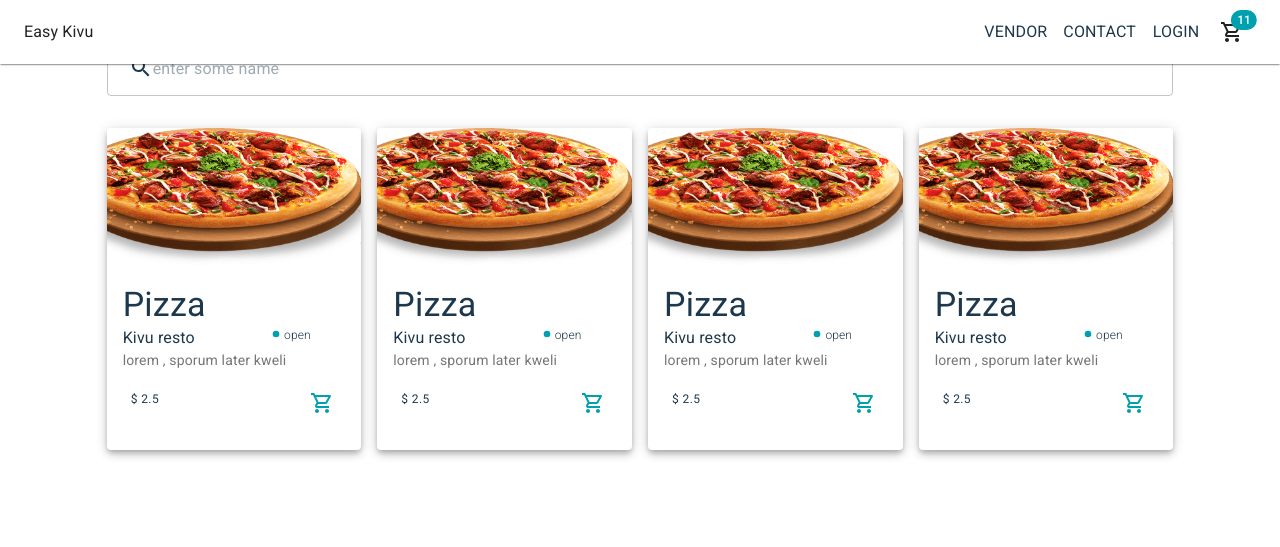
Repository: kilamaelie/jokes-dapp
Page: /
An editor plug-in stored every save of this project. The page is shown before and after the next save, followed by the edit.
The browser window is 1280 px wide. The pictures show the whole page.
The project was rebuilt for these pictures with package versions that can differ from the ones it lists, and the page was loaded fresh each time. Also part of the build but not shown: src/ui/page/dashboard/dashboard.js.

Above is the page before, as saved 2021-06-28 03:09:04.

After the next save:
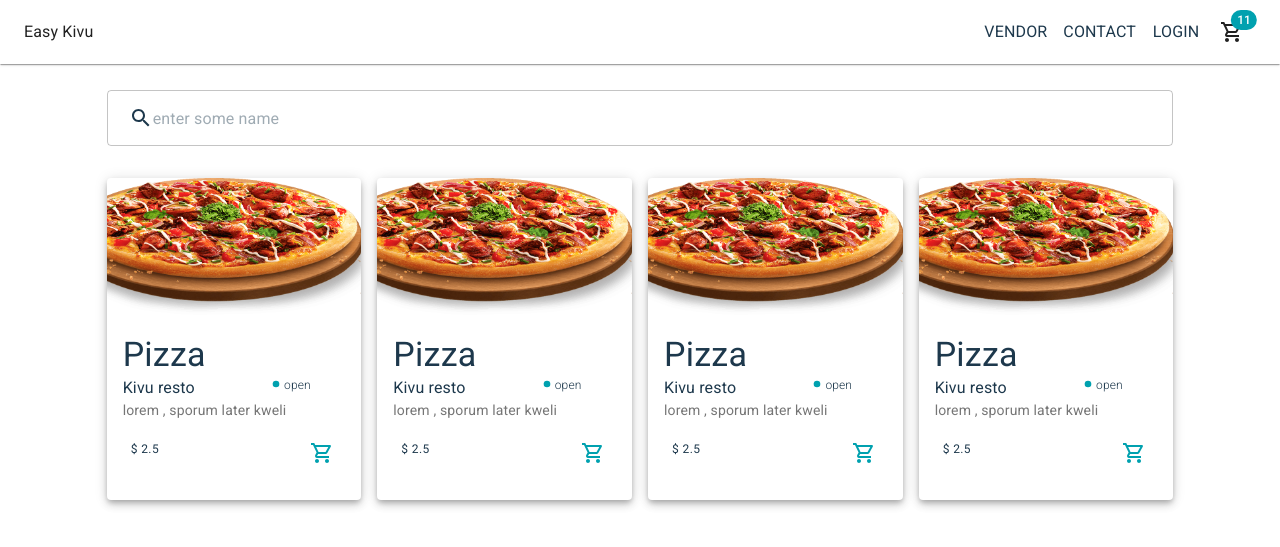
Saved 33 s later.
--- a/src/ui/style.js
+++ b/src/ui/style.js
@@ -56,7 +56,7 @@ export default makeStyles((theme)=>({
       borderRadius:"10px"
     },
     margin_40:{
-      marginTop: 40,
+      marginTop: 90,
       marginBottom:40
     }
 
